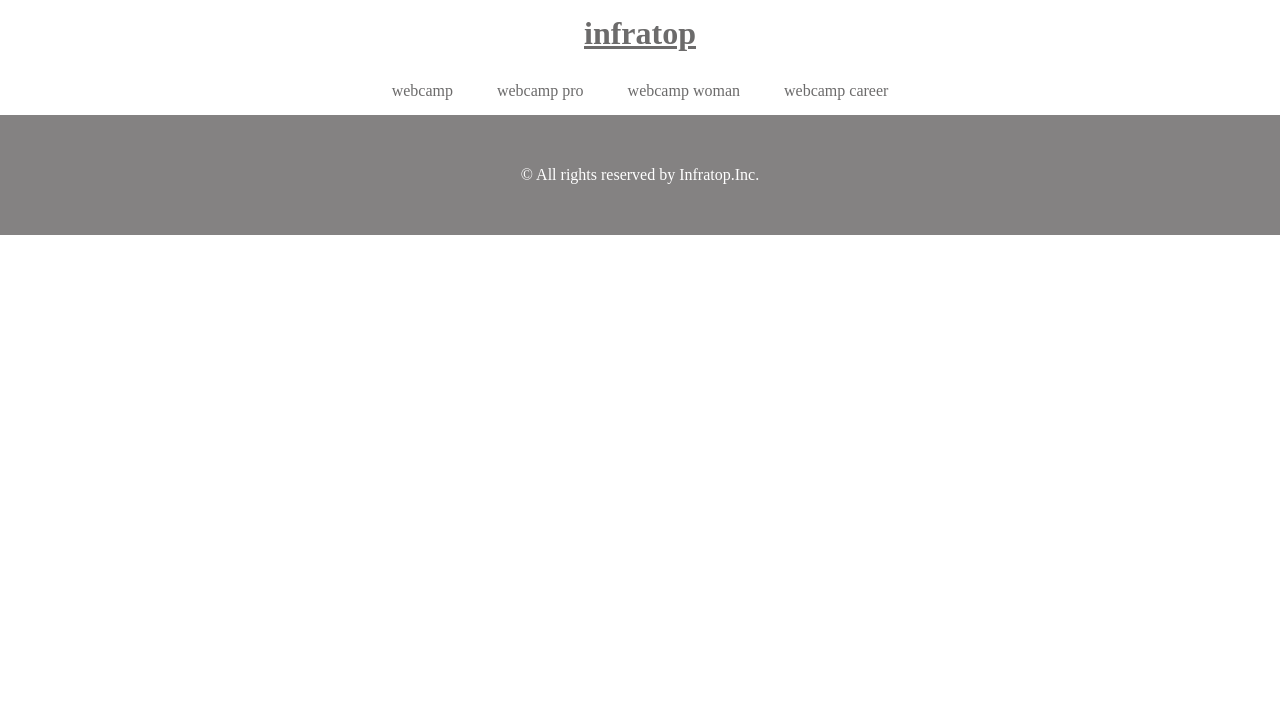
Repository: pureforest/html
Page: chapter5/5.html
The author's editor kept a record of every edit. The page is drawn from the files as they stood at one moment, then again after the next edit.
The browser window is 1280 px wide. The pictures show the whole page.

Above is the page before.

After the next edit:
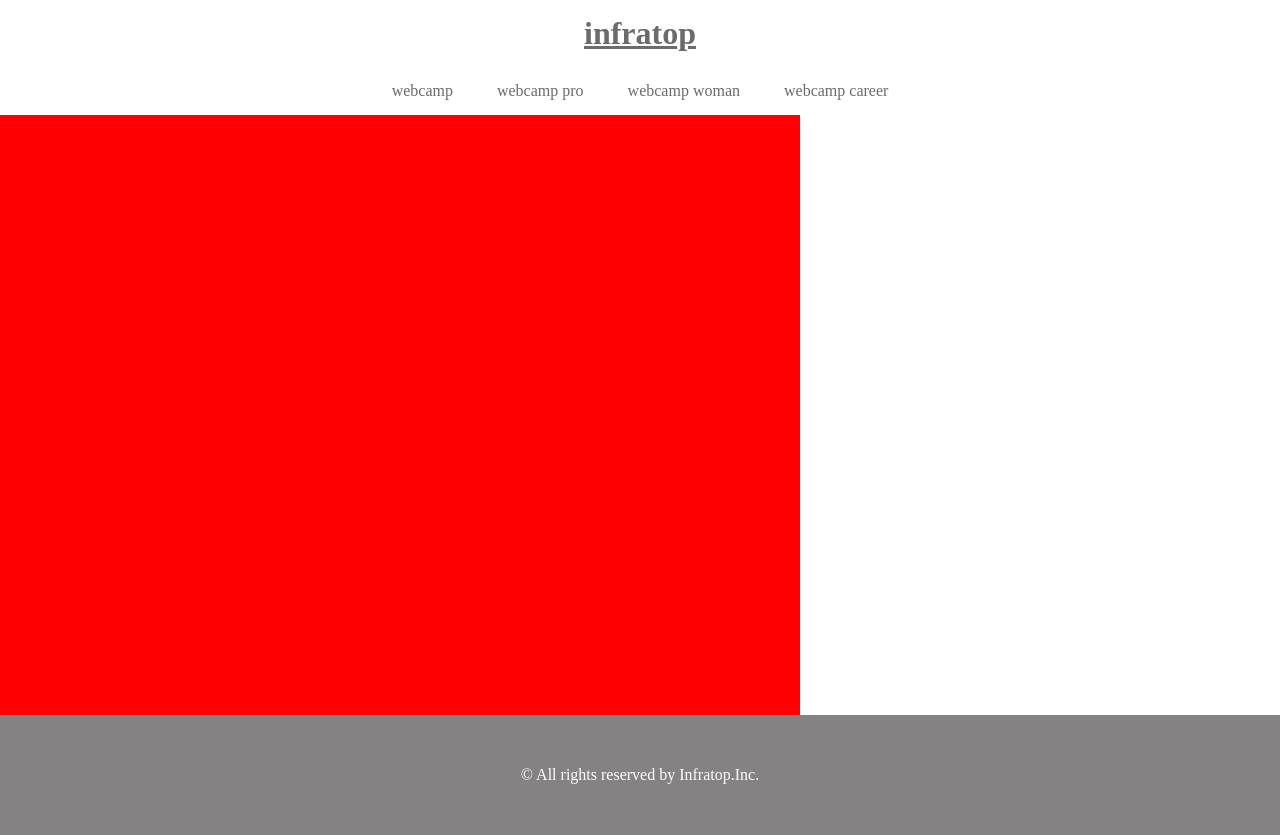
The edit:
--- a/chapter5/style5.css
+++ b/chapter5/style5.css
@@ -30,7 +30,7 @@
 
 .main{
   width: 800px;
-  height: 600;
+  height: 600px;
   text-align: center;
   background-color: red;
 }
